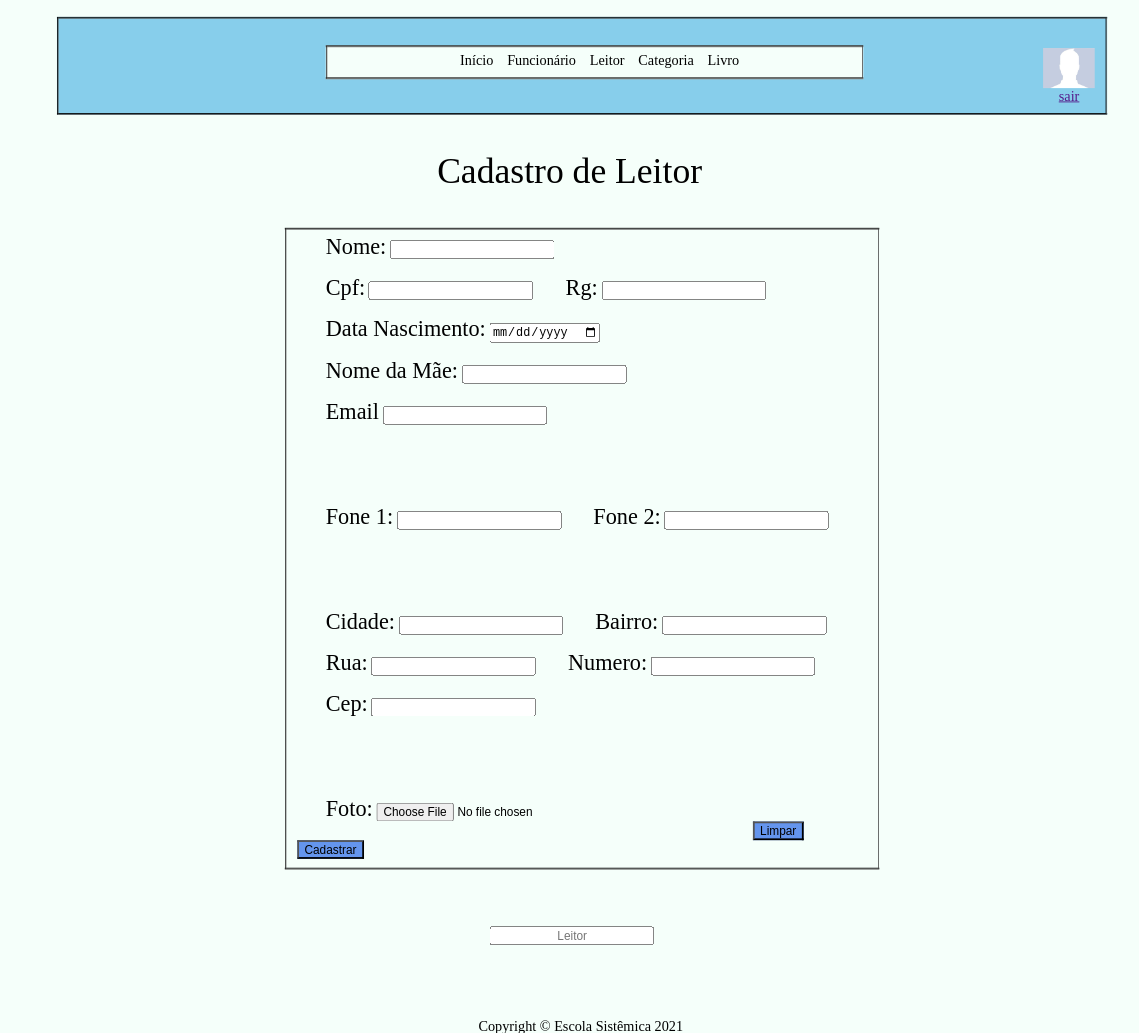
Repository: FaculdadeSenaiJoinville/PIGustavoMaertner
Page: projeto individual/WorkspaceProjetoIndividual/ProjetoIndividual/WebContent/pages/gerente/leitor/index.html
An editor plug-in stored every save of this project. The page is shown before and after the next save, followed by the edit.
The browser window is 1280 px wide. The pictures show the whole page, at 89% of full size.
Pictures or frames that could not be fetched are drawn as grey boxes.

Above is the page before, as saved 2021-12-10 00:34:54.

### projeto individual/WorkspaceProjetoIndividual/ProjetoIndividual/WebContent/pages/gerente/leitor/index.html
<!DOCTYPE html>
<html>
<head>
<meta charset="UTF-8">
<title>Cadastro Leitor</title>
<head>
<meta charset="UTF-8">
<title>Login</title>
<link rel="stylesheet" type="text/css" href="../../../css/gerente/gerente.css">
<script src="https://code.jquery.com/jquery-3.6.0.min.js" integrity="sha256-/xUj+3OJU5yExlq6GSYGSHk7tPXikynS7ogEvDej/m4=" crossorigin="anonymous"></script>
<script src="../../../js/gerente/gerente.js"></script>
<script src="../../../js/jquery-ui.js"></script>
<script src="../../../js/gerente/leitor.js"></script>

<link rel="stylesheet" type="text/css" href="../../../css/jquery-ui.css">
</head>
<body>

	<header>

	</header>

	<nav>

	</nav>

		<p id="titulo">Cadastro de Leitor</p>

	<section>

		<fieldset id="fieldCadastroFunc">

		<form id="frmLeitor" name="frmLeitor" method="Post" action="#" onsubmit="">

		<div id="cadastro">

			<label class="labelCadastroFunc" id="idNome" for="inputNome">Nome:</label>
			<input class="funcEsquerda" type="text" name="nomeLeitor" id="inputNome"><br><br>

			<label class="labelCadastroFunc" id="idCpf" for="inputCpf">Cpf:</label>
			<input class="funcEsquerda" type="text" name="cpf" id="inputCpf" onkeypress="return event.charCode >= 48 && event.charCode <= 57">

			<label class="labelCadastroFunc" id="idRg" for="inputRg">Rg:</label>
			<input class="funcEsquerda" type="text" name="rg" id="inputRg" onkeypress="return event.charCode >= 48 && event.charCode <= 57"><br><br>

			<label class="labelCadastroFunc" id="idData" for="inputDate">Data Nascimento:</label>
			<input class="funcEsquerda" type="date" name="date" id="inputDate"><br><br>

			<label class="labelCadastroFunc" id="idNomeMae" for="nomeMae">Nome da Mãe:</label>
			<input class="funcEsquerda" type="text" name="nomeMae" id="nomeMae"><br><br>

			<label class="labelCadastroFunc" id="idEmail" for="nomeMae">Email</label>
			<input class="funcEsquerda" type="text" name="email" id="email"><br><br><br><br><br><br>



			<label class="labelCadastroFunc" id="idTelefone" for="inputTelefone">Fone 1:</label>
			<input class="funcEsquerda" type="text" name="telefone" id="inputTelefone" onkeypress="return event.charCode >= 48 && event.charCode <= 57">

			<label class="labelCadastroFunc" id="idTelefoneSecundario" for="inputTelefoneSec">Fone 2:</label>
			<input class="funcEsquerda" type="text" name="telefoneSec" id="inputTelefoneSec" onkeypress="return event.charCode >= 48 && event.charCode <= 57"><br><br><br><br><br><br>

			<label class="labelCadastroFunc" id="idCidade" for="inputCidade">Cidade:</label>
			<input class="funcDireita" type="text" name="cidade" id="inputCidade">

			<label class="labelCadastroFunc" id="idBairro" for="inputBairro">Bairro:</label>
			<input class="funcDireita" type="text" name="bairro" id="inputBairro"><br><br>

			<label class="labelCadastroFunc" id="idRua" for="inputRua">Rua:</label>
			<input class="funcDireita" type="text" name="rua" id="inputRua">

			<label class="labelCadastroFunc" id="idNumero" for="inputNumero">Numero:</label>
			<input class="funcDireita" type="text" name="numero" id="inputNumero" onkeypress="return event.charCode >= 48 && event.charCode <= 57"><br><br>


			<label class="labelCadastroFunc" id="idCep" for="inputCep">Cep:</label>
			<input class="funcDireita" type="text" name="cep" id="inputCep" onkeypress="return event.charCode >= 48 && event.charCode <= 57"><br><br><br><br><br><br>

			<label class="labelCadastroFunc" id="idFoto" for="inputFoto">Foto:</label>
<!-- 			<canvas class="centralizado" id="canvas">your browser is nope!</canvas>-->
			<input type="file" id="files" name="files">

		</div>
			<button class="btnCadastro" id="btnResetCadastro" type="reset">Limpar</button>
			<button class="btnCadastro" id="btnSubmitCadastro" type="button" onclick="BIBLIOTECA.leitor.cadastrar()">Cadastrar</button>
		</form>

		</fieldset>

		<form id="buscaLeitor" name="buscaLeitor" method="Post" action="#" onsubmit="">
			<input class="input" type="text" name="buscaLivro" id="inputBuscaLeit" placeholder="Leitor" onkeyup="BIBLIOTECA.leitor.buscar()"><br><br>
		</form>


		<div id="listaLeitor" class="listaRegistros"></div>

		<div id="modalAviso" class="modalAviso"></div>

		<div id="modalPergunta" class="modalPergunta"></div>

		<div id="modalEditaLeitor" class="modalEditar">
			<form name="frmEditaLeitor" id="editaLeitor" class="frmEditar">
				<table>
					<tr>
					<th>Nome</th>
						<td>
							<input type="text" name="nomeEdicao">
						</td>
					</tr>
					<tr>
					<th>CPF</th>
						<td>
							<input type="text" name="cpfFunc" onkeypress="return event.charCode >= 48 && event.charCode <= 57">
						</td>
					</tr>
					<tr>
					<th>RG</th>
						<td>
							<input type="text" name="rgFunc" onkeypress="return event.charCode >= 48 && event.charCode <= 57">
						</td>
					</tr>
					<tr>
					<th>Data de Nascimento</th>
						<td>
							<input type="date" name="nascFunc">
						</td>
					</tr>
										<tr>
					<th>Nome da Mãe</th>
						<td>
							<input type="text" name="maeFunc">
						</td>
					</tr>

					<tr>
					<th>Fone 1:</th>
						<td>
							<input type=text name="fone1Func" onkeypress="return event.charCode >= 48 && event.charCode <= 57">
						</td>
					</tr>
					<tr>
					<th>Fone 2</th>
						<td>
							<input type=text name="fone2Func" onkeypress="return event.charCode >= 48 && event.charCode <= 57">
						</td>
					</tr>
										<tr>
					<th>Email</th>
						<td>
							<input type=text name="email" onkeypress="return event.charCode >= 48 && event.charCode <= 57">
						</td>
					</tr>

										<tr>
					<th>Cidade</th>
						<td>
							<input type=text name="cidadeFunc">
						</td>
					</tr>
															<tr>
					<th>Bairro</th>
						<td>
							<input type=text name="bairroFunc">
						</td>
					</tr>

										<tr>
					<th>Rua</th>
						<td>
							<input type=text name="ruaFunc" onkeypress="return event.charCode >= 48 && event.charCode <= 57">
						</td>
					</tr>
															<tr>
					<th>Numero</th>
						<td>
							<input type=text name="NumeroFunc" onkeypress="return event.charCode >= 48 && event.charCode <= 57">
						</td>
					</tr>


															<tr>
					<th>CEP</th>
						<td>
							<input type=text name="cepFunc" onkeypress="return event.charCode >= 48 && event.charCode <= 57">
					<input type="hidden" name="idEndereco" id="idEndereco">
						</td>
					</tr>

															<tr>
					<th>Foto</th>
						<td>
							<input type="file" id="files" name="files">
						</td>
					</tr>


				</table>
				<input type="hidden" name="idFunc">
			</form>
		</div>

	</section>
	<div id="modalAviso"></div>
		<div id="rodape">
			<footer id="footerRodape"></footer>
		</div>

</body>
</html>

### projeto individual/WorkspaceProjetoIndividual/ProjetoIndividual/WebContent/css/gerente/gerente.css
@charset "UTF-8";

body{
	margin: 0 auto;
	font-family: "Century Gothic", "sans-serif";
	background-color: #F5FFFA;
	height:100%;
}
#fieldsetInit{
	width: 90%;
	margin-left: 5%;
	margin-top:1.5%;
	text-align:center;
	height:25%;
	border-color:black;
	background-color: #87CEEB;
}
#fieldsetSec{
	width: 50%;
	margin-left:25%;
	margin-top:2.1%;
	height: 80%;
	border-color:black;
	background-color: #F5FFFA;
}
#btnSair{
	margin-left:95%;
}
#imgUsu{
	margin-top:-3%;
	margin-left:95%;
	max-width: 5%;
	height: 5%;
	float: right;
}
#titulo{
	text-align:center;
	font-size: 40px;
}

#fieldCadastro{
	width: 70%;
	margin-left: 15%;
	border-color: black;
}
#fieldCadastroFunc{
	width: 50%;
	margin-left: 25%;
	border-color: black;
}
.labelCadastro{
	font-size:25px;
	margin-left:30%;
	margin-top: 100%;
	align: center;
}
.labelCadastroCategoria{
	font-size:25px;
	margin-left:20%;
	margin-top: 100%;
	align: center;
}
.labelCadastroFunc{
	font-size:25px;
	margin-left:5%;
	margin-top: 100%;
	align: center;
}

#selCategoria{

}
#inputNomeCat{
	width: 17%;
}
.inputEsquerda{
	width:40%;
}
#inputBuscaFunc{
	text-align:center;
	margin-left:43%;
	margin-top:5%;
}
#inputBuscaLeit{
	text-align:center;
	margin-left:43%;
	margin-top:5%;
}
#tabela{
	margin-left:29.67%;
}
#rodape{
	margin-top: 5%;
	width:100%;
	height:3%;
	background-color: #87CEEB;

    bottom: 0;
    position: flex;
    text-align: center;

}
#footerRodape{
	margin-left: 42%;
    position:absolute;

}
.menuGerente{
	text-decoration: none;
	color: black;
	margin-left:2%;
}
.menuGerente:hover{
	color:gray;
}
#inputBuscaFunc{
	border-radius:4px;
	height: 5%;
	background: #fff url(https://cdn1.iconfinder.com/data/icons/bijou/10/Search.png) no-repeat 5% center;
}
#btnResetCadastro{
	margin-left:80%;
}
#btnResetCadastro:hover{
	transform: scale(1.05);
    transition: all 0.1s;
}
.btnCadastro{
	background-color: #6495ED;
	border-color: black;
}
#btnSubmitCadastro:hover{
	transform: scale(1.05);
    transition: all 0.1s;
}

.btnTabela{
	max-height: 12%;
	max-width: 10%;
	padding-left: 15%;
	margin-left:9%;
}


/*Tabela*/

.listaRegistros table{
	border: 1px solid #000;
	border-collapse: collapse;
	margin: 0 auto;
	min-width: 50%;
}

.listaRegistros table th{
	text-align: center;
	font-size: 18px;
	font-weight: bold;
	color: #fff;
	padding: 0 5px;
	border: transparent;
}

.listaRegistros tr, .listaRegistros td, .listaRegistros th{
	border: 1px solid #B0C4DE;
	padding: 0px 5px;
}

.listaRegistros tr, .listaRegistros td{
	font-size: 16px;
	text-align: center;
}

.listaRegistros	tr:nth-child(even){
	background-color: #b1ccf5;
}

.listaRegistros tr:nth-child(odd){
	background-color: #83afd3;
}

.listaRegistros .acoes{
	width: 70px;
}

.listaRegistros table img{
	padding: 0 5px;
	width: 20px;
	height: 20px;
	cursor: pointer;
}
.modalAviso, .modalEditar, .modalPergunta{
	display: none;
}
/* .funcEsquerda{
	float: left;
}
.funcDireita{
	float: right;
} */

### projeto individual/WorkspaceProjetoIndividual/ProjetoIndividual/WebContent/js/gerente/gerente.js

BIBLIOTECA = new Object ();

$(document).ready(function(){
	//Vai carregar o menu e o rodapé

	$("nav").load("/ProjetoIndividual/pages/gerente/geralCadastro/menu.html");
	$("footer").load("/ProjetoIndividual/pages/gerente/geralCadastro/footer.html");

	BIBLIOTECA.exibirAviso = function(aviso){
		var modal = {
			title: "Aviso",
			height: 250,
			width: 400,
			modal: true,
			buttons: {
				"OK": function(){
					$(this).dialog("close");
				}
			}
		};
		$("#modalAviso").html(aviso);
		$("#modalAviso").dialog(modal);
	};

	BIBLIOTECA.exibirPergunta = function(pergunta, id, local){
		var modalPergunta = {
				title: "Confirma a Ação?",
				height: 250,
				width: 400,
				modal: true,
				buttons: {
					"Confirmar": function(){
						BIBLIOTECA.local.excluir(id);
						$(this).dialog("close");
					},

					"Cancelar": function(){
						$(this).dialog("close");

					}
				},
				close: function(){
					return false;
				}
		};

		$("#modalPergunta").html(pergunta);
		return $("#modalPergunta").dialog(modalPergunta);
	};


});

### projeto individual/WorkspaceProjetoIndividual/ProjetoIndividual/WebContent/pages/gerente/geralCadastro/menu.html
		<fieldset id="fieldsetInit">

			<fieldset id="fieldsetSec">

				<div id="menu">
					<a class="menuGerente" href="">Início</a>
					<a class="menuGerente" href="">Funcionário</a>
					<a class="menuGerente" href="">Leitor</a>
					<a class="menuGerente" href="">Categoria</a>
					<a class="menuGerente" href="">Livro</a>
				</div>


			</fieldset>

			<img id="imgUsu" src="../../../imgs/fotoPerfil.jpg">
			<a id="btnSair" href="">sair</a>

		</fieldset>

### projeto individual/WorkspaceProjetoIndividual/ProjetoIndividual/WebContent/pages/gerente/geralCadastro/footer.html
				Copyright &copy; Escola Sistêmica 2021

Loaded but not shown: projeto individual/WorkspaceProjetoIndividual/ProjetoIndividual/WebContent/js/jquery-ui.js (library); projeto individual/WorkspaceProjetoIndividual/ProjetoIndividual/WebContent/css/jquery-ui.css (library); projeto individual/WorkspaceProjetoIndividual/ProjetoIndividual/WebContent/js/gerente/leitor.js (no copy from this time; the picture is the same without it)

After the next save:
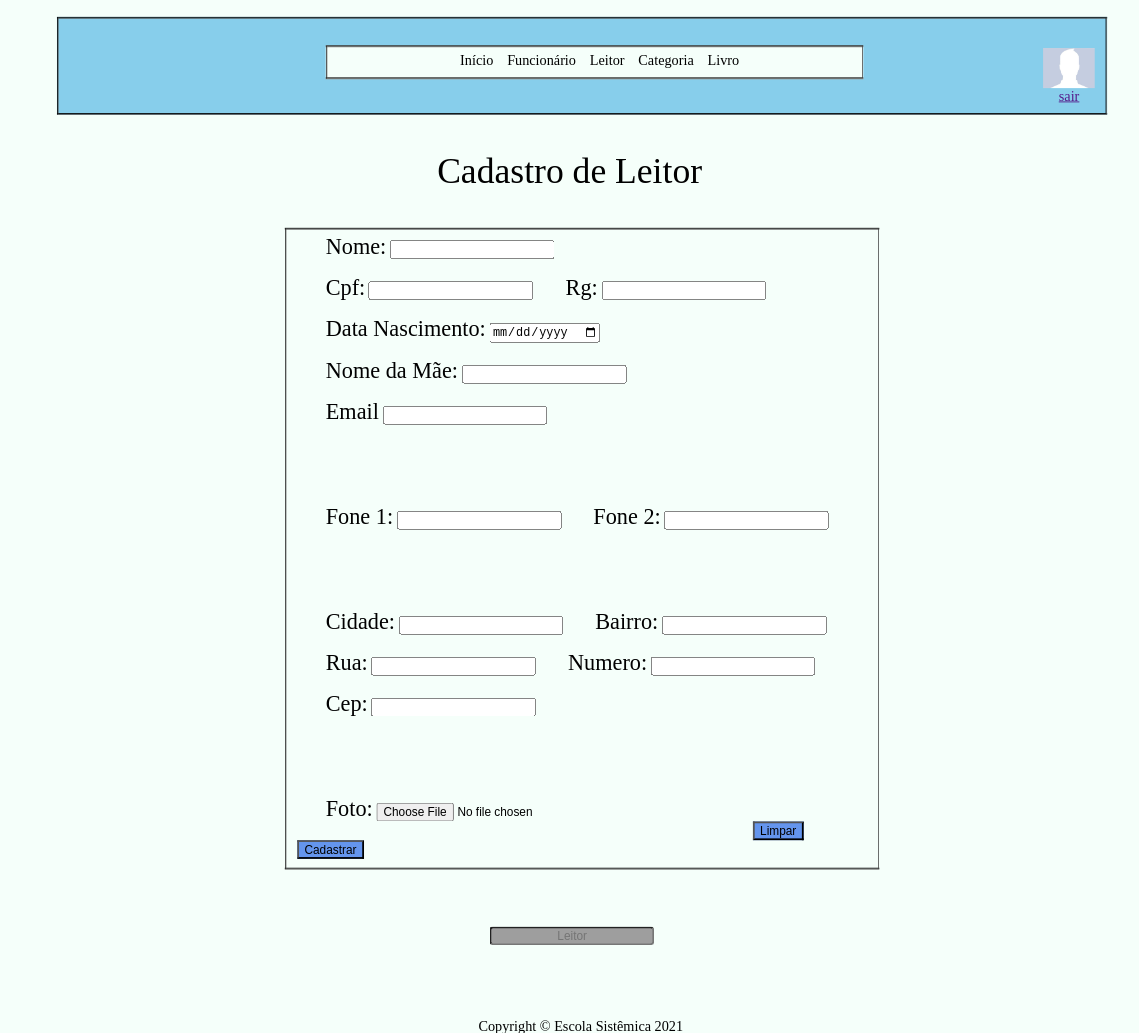
Saved 29 s later.
--- a/projeto individual/WorkspaceProjetoIndividual/ProjetoIndividual/WebContent/pages/gerente/leitor/index.html
+++ b/projeto individual/WorkspaceProjetoIndividual/ProjetoIndividual/WebContent/pages/gerente/leitor/index.html
@@ -88,7 +88,7 @@
 		</fieldset>
 
 		<form id="buscaLeitor" name="buscaLeitor" method="Post" action="#" onsubmit="">
-			<input class="input" type="text" name="buscaLivro" id="inputBuscaLeit" placeholder="Leitor" onkeyup="BIBLIOTECA.leitor.buscar()"><br><br>
+			<input class="input" type="text" name="buscaLivro" id="inputBuscaFunc" placeholder="Leitor" onkeyup="BIBLIOTECA.leitor.buscar()"><br><br>
 		</form>
 
 
